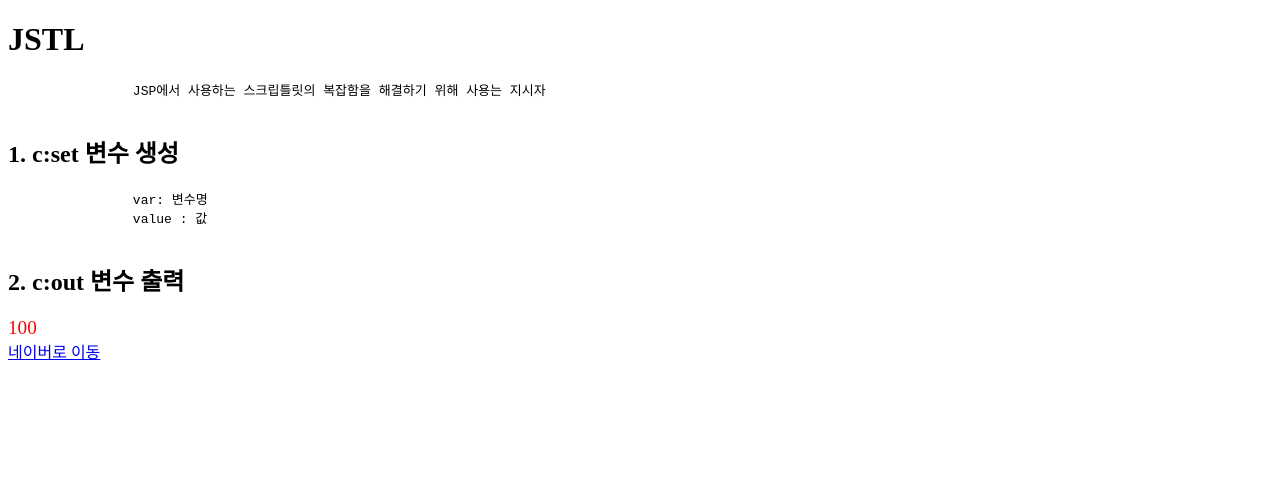
Repository: vaynel/StudyFile
Page: http://localhost/spring04_jsp/jstl
An editor plug-in stored every save of this project. The page is shown before and after the next save, followed by the edit.
The browser window is 1280 px wide. The pictures show the whole page.
The page is served by Tomcat 9.

Above is the page before, as saved 2023-01-20 01:57:05.

After the next save:
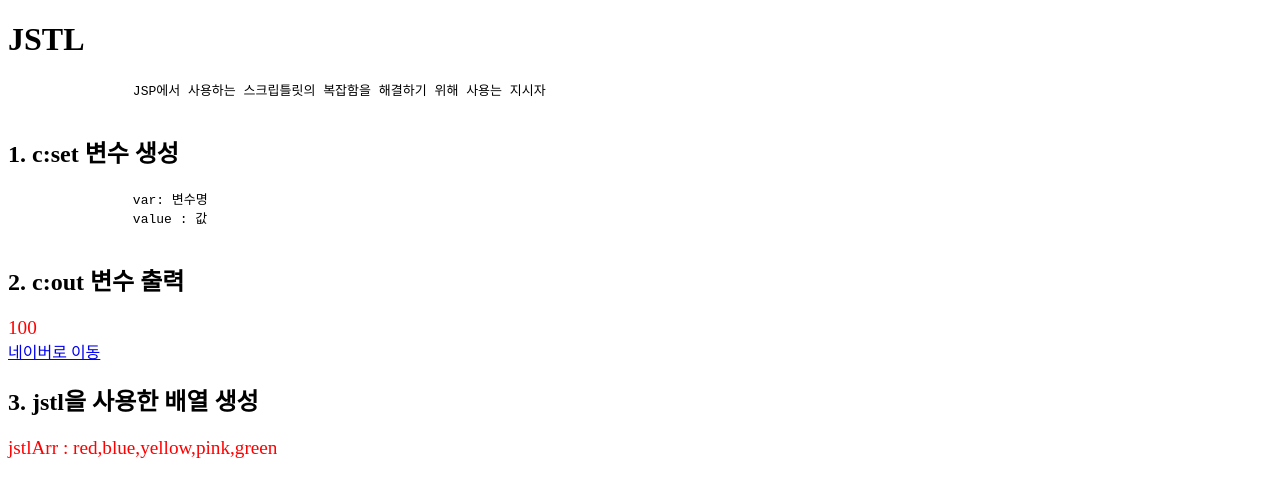
Saved 11 min 56 s later.
--- a/H_spring/spring04_jsp/WebContent/WEB-INF/views/el-jstl/jstl.jsp
+++ b/H_spring/spring04_jsp/WebContent/WEB-INF/views/el-jstl/jstl.jsp
@@ -31,6 +31,11 @@
 	<span><c:out value="${num1}"></c:out></span>
 	${html}
 
+	<h2>3. jstl을 사용한 배열 생성</h2>
+	<c:set var="jstlArr">
+		red,blue,yellow,pink,green
+	</c:set>
+	<span>jstlArr : <c:out value="${jstlArr}"></c:out></span>
 
 
 
